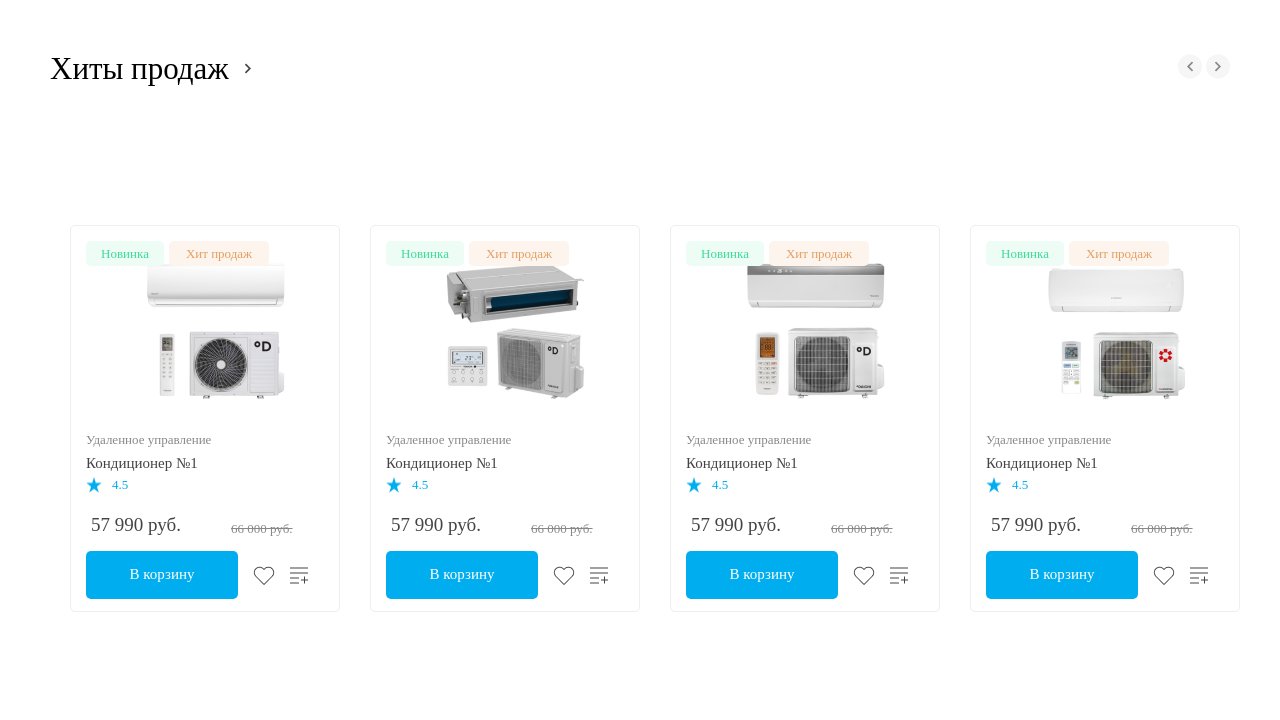
Repository: NikaMana/us
Page: index.html
These files come from the project's save history. The page is drawn as it stood at one moment and after the next save; the edit follows.
The browser window is 1280 px wide. The pictures show the whole page.

Above is the page before, as saved 2021-09-15 16:42:13.

### index.html
<!DOCTYPE html>
<html lang="ru">
<head>
    <meta charset="utf-8">
    <title>Main page</title>
    <meta name="viewport" content="widht=1100, initial-scale=1.0">
    <link rel="stylesheet" href="./styles.css">


</head>
<body>
<div class="welcome">
  <div class="welcome__container">
    <div class="welcome__up">
      <div class="welcome__left">
        <h1 class="welcome__hits">Хиты продаж</h1>
        <img class="welcome__arr" src="/img/arrbl.png" alt="blackarrow">
      </div>
      <div class="welcome__right">
        <img class="welcome__arr-left" src="/img/arrleft.png" alt="arrowleft">
        <img class="welcome__arr-right" src="/img/arrright.png" alt="arrowright">
      </div>
    </div>
      <div class="welcome__block-container">
        <div class="welcome__block">
          <div class="welcome__news">
            <div class="welcome__new">Новинка</div>
            <div class="welcome__sale">Хит продаж</div>
          </div>
          <img class="welcome__pic" src="/img/pic1.png" alt="condition">
          <h4 class="welcome__control">Удаленное управление</h4>
          <h3 class="welcome__condition">Кондиционер №1</h3>
          <div class="welcome__rating">
            <img class="welcome__star" src="/img/Star.png" alt="star">
            <span class="welcome__score">4.5</span>
          </div>
          <div class="welcome__price">
            <h2 class="welcome__price-current">57 990 руб.</h2>
            <h3 class="welcome__price-past">66 000 руб.</h3>
          </div>
          <div class="welcome__adding">
            <button class="welcome__button">В корзину</button>
            <img class="welcome__like" src="/img/like.png" alt="like">
            <img class="welcome__plus" src="/img/add.png" alt="add">
          </div>
        </div>
        <div class="welcome__block">
          <div class="welcome__news">
            <div class="welcome__new">Новинка</div>
            <div class="welcome__sale">Хит продаж</div>
          </div>
          <img class="welcome__pic" src="/img/pic2.png" alt="condition">
          <h4 class="welcome__control">Удаленное управление</h4>
          <h3 class="welcome__condition">Кондиционер №1</h3>
          <div class="welcome__rating">
            <img class="welcome__star" src="/img/Star.png" alt="star">
            <span class="welcome__score">4.5</span>
          </div>
          <div class="welcome__price">
            <h2 class="welcome__price-current">57 990 руб.</h2>
            <h3 class="welcome__price-past">66 000 руб.</h3>
          </div>
          <div class="welcome__adding">
            <button class="welcome__button">В корзину</button>
            <img class="welcome__like" src="/img/like.png" alt="like">
            <img class="welcome__plus" src="/img/add.png" alt="add">
          </div>
        </div>
        <div class="welcome__block">
          <div class="welcome__news">
            <div class="welcome__new">Новинка</div>
            <div class="welcome__sale">Хит продаж</div>
          </div>
          <img class="welcome__pic" src="/img/pic3.png" alt="condition">
          <h4 class="welcome__control">Удаленное управление</h4>
          <h3 class="welcome__condition">Кондиционер №1</h3>
          <div class="welcome__rating">
            <img class="welcome__star" src="/img/Star.png" alt="star">
            <span class="welcome__score">4.5</span>
          </div>
          <div class="welcome__price">
            <h2 class="welcome__price-current">57 990 руб.</h2>
            <h3 class="welcome__price-past">66 000 руб.</h3>
          </div>
          <div class="welcome__adding">
            <button class="welcome__button">В корзину</button>
            <img class="welcome__like" src="/img/like.png" alt="like">
            <img class="welcome__plus" src="/img/add.png" alt="add">
          </div>
        </div>
        <div class="welcome__block">
          <div class="welcome__news">
            <div class="welcome__new">Новинка</div>
            <div class="welcome__sale">Хит продаж</div>
          </div>
          <img class="welcome__pic" src="/img/pic4.png" alt="condition">
          <h4 class="welcome__control">Удаленное управление</h4>
          <h3 class="welcome__condition">Кондиционер №1</h3>
          <div class="welcome__rating">
            <img class="welcome__star" src="/img/Star.png" alt="star">
            <span class="welcome__score">4.5</span>
          </div>
          <div class="welcome__price">
            <h2 class="welcome__price-current">57 990 руб.</h2>
            <h3 class="welcome__price-past">66 000 руб.</h3>
          </div>
          <div class="welcome__adding">
            <button class="welcome__button">В корзину</button>
            <img class="welcome__like" src="/img/like.png" alt="like">
            <img class="welcome__plus" src="/img/add.png" alt="add">
          </div>
        </div>
      </div>
  </div>
</div>
</body>

### styles.css
*{
  margin: 0;
  padding: 0;
  box-sizing: border-box;
}
button{
  border: none;
  background: no-repeat;
}
h1, h2,h3,h4,h5{
  font-family: none;
}
.welcome{
  position: absolute;
  width: 100%;
  height: 100%;
  z-index: 0;
}
.welcome__up{
  display: flex;
  flex-direction: row;
  justify-content: space-between;
  align-items: center;
  margin: 50px;
}
.welcome__left{
  display: flex;
  align-items: center;
}
.welcome__hits{
font-family: Gotham Pro;
font-size: 31px;
font-style: normal;
font-weight: 300;
line-height: 37px;
letter-spacing: 0em;
text-align: left;
margin-right: 15px;
}
.welcome__block-container{
  display: flex;
  flex-direction: row;
}
.welcome__news{
  z-index: 1;
  display: flex;
  position: fixed;
}
.welcome__new{
  margin-right: 5px;
align-items: center;
padding: 5px 10px;
position: static;
width: 78px;
height: 25px;
left: 0px;
top: 0px;
background: #EEFCF6;
border-radius: 5px;
font-family: Gotham Pro;
font-style: normal;
font-weight: normal;
font-size: 13px;
line-height: 15px;
text-align: center;
color: #3DDC97;
}
.welcome__sale{
  position: static;
  padding: 5px 10px;
width: 100px;
height: 25px;
left: 83px;
top: 0px;
background: #FCF4ED;
border-radius: 5px;
font-family: Gotham Pro;
font-style: normal;
font-weight: normal;
font-size: 13px;
line-height: 15px;
align-items: center;
text-align: center;
color: #E49F62;
}
.welcome__block{
height: 387px;
width: 270px;
left: 55px;
top: 88px;
border-radius: 5px;
position: relative;
height: 387px;
left: 55px;
right: 955px;
top: 88px;
background: #FFFFFF;
border: 1px solid #EEEEEE;
box-sizing: border-box;
border-radius: 5px;
margin: 0px 15px;
padding: 15px;
}
.welcome__pic{
z-index: 0;
margin: 15px;
height: 150px;
left: 20px;
right: 20px;
top: 20px;
}
.welcome__control{
  position: static;
width: 230px;
height: 19px;
left: 0px;
top: 0px;
font-family: Gotham Pro;
font-style: normal;
font-weight: normal;
font-size: 13px;
line-height: 19px;
color: #888888;
flex: none;
order: 0;
align-self: stretch;
flex-grow: 0;
margin: 5px 0px;
}
.welcome__condition{
  position: static;
width: 230px;
height: 18px;
left: 0px;
top: 0px;
font-family: Gotham Pro;
font-style: normal;
font-weight: normal;
font-size: 15px;
line-height: 18px;
color: #444444;
flex: none;
order: 0;
align-self: stretch;
flex-grow: 0;
margin: 5px 0px;
}
.welcome__rating{
  display: flex;
}
.welcome__star{
  position: static;
width: 16px;
height: 16px;
left: 0px;
top: 0px;
flex: none;
order: 0;
flex-grow: 0;
margin-right: 5px;
}
.welcome__score{
  position: static;
width: 165px;
height: 15px;
left: 21px;
top: 0px;
font-family: Gotham Pro;
font-style: normal;
font-weight: normal;
font-size: 13px;
line-height: 15px;
display: flex;
align-items: center;
color: #00ADEF;
flex: none;
order: 1;
flex-grow: 1;
margin: 0px 5px;
}
.welcome__price{
  display: flex;
  margin-top: 20px;
  margin-bottom: 15px;
}
.welcome__price-current{
  position: static;
width: 130px;
height: 23px;
left: 0px;
top: 0px;
font-family: Gotham Pro;
font-style: normal;
font-weight: normal;
font-size: 19px;
line-height: 23px;
display: flex;
align-items: flex-end;
color: #444444;
flex: none;
order: 0;
flex-grow: 0;
margin: 0px 5px;
}
.welcome__price-past{
  position: static;
width: 103px;
height: 23px;
left: 135px;
top: 0px;
font-family: Gotham Pro;
font-style: normal;
font-weight: normal;
font-size: 13px;
line-height: 15px;
display: flex;
align-items: flex-end;
text-decoration-line: line-through;
color: #888888;
flex: none;
order: 1;
flex-grow: 0;
margin: 0px 5px;
}
.welcome__adding{
  display: flex;
  align-items: center;
}
.welcome__button{
  display: flex;
flex-direction: row;
justify-content: center;
align-items: center;
padding: 14px 40px 16px;
position: static;
width: 152px;
height: 48px;
left: 0px;
top: 0px;
background: #00ADEF;
border-radius: 5px;
flex: none;
order: 0;
font-family: Gotham Pro;
font-style: normal;
font-weight: normal;
font-size: 15px;
line-height: 18px;
color: #FFFFFF;
margin-right: 15px;
cursor: pointer;
}
.welcome__like{
cursor: pointer;
margin-right: 15px;
}
.welcome__plus{
cursor: pointer;;
}

After the next save:
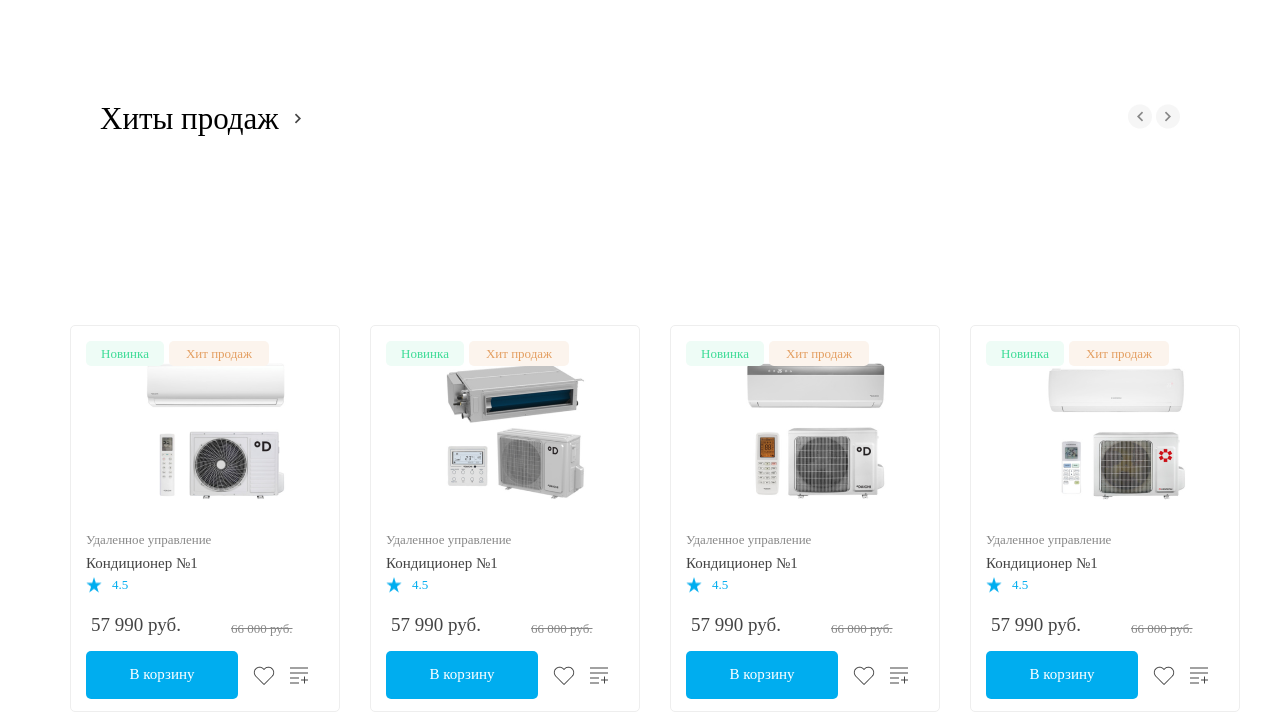
Saved 5 s later.
--- a/styles.css
+++ b/styles.css
@@ -21,7 +21,7 @@ h1, h2,h3,h4,h5{
   flex-direction: row;
   justify-content: space-between;
   align-items: center;
-  margin: 50px;
+  margin: 100px;
 }
 .welcome__left{
   display: flex;
